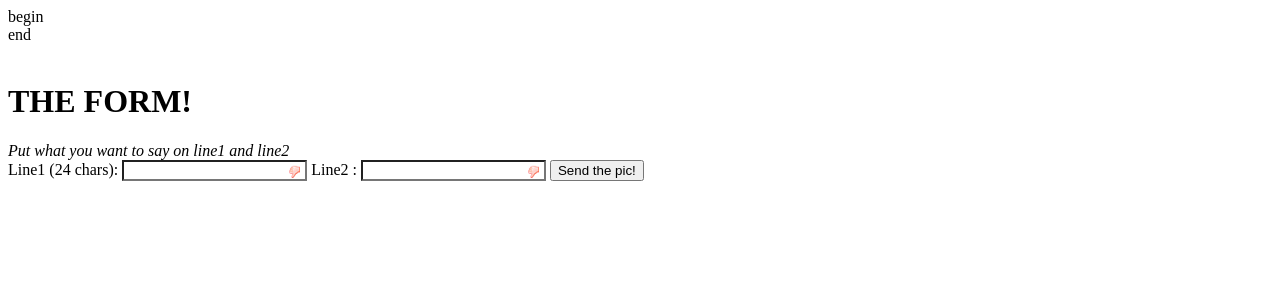
Repository: fornof/php-blender-form
Page: http://localhost/hello-world.php
The author's editor kept a record of every edit. The page is drawn from the files as they stood at one moment, then again after the next edit.
The browser window is 1280 px wide. The pictures show the whole page.
The page is run by PHP 8.4 with error messages shown; the project is at /var/www/html/.

Above is the page before.
Console error: ReferenceError: $ is not defined

After the next edit:
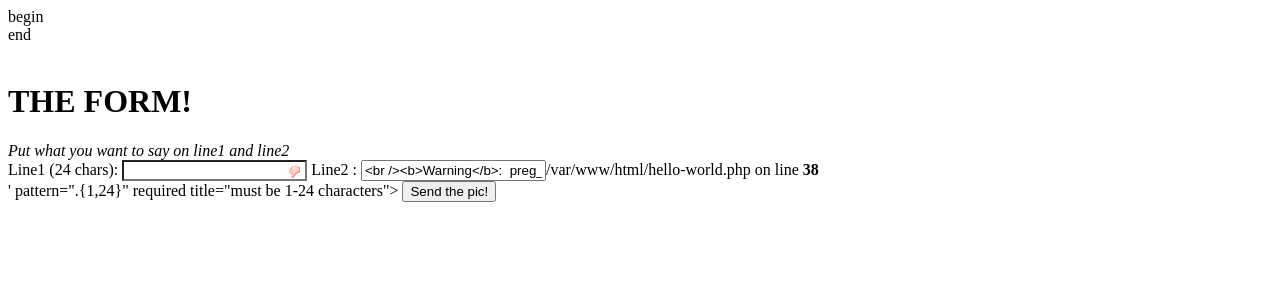
The edit:
--- a/hello-world.php
+++ b/hello-world.php
@@ -115,7 +115,7 @@
             required pattern=".{1,24}" title="must be 1-24 characters">
 
    <label> Line2 :</label>
-    <input type="text" name=line2 value='<?php get('line2'); ?>'
+    <input type="text" name=line2 value='<?php get_validate('line2'); ?>'
             pattern=".{1,24}" required title="must be 1-24 characters">
 
     <button type="submit" name="send" value="send"> Send the pic!</button>
